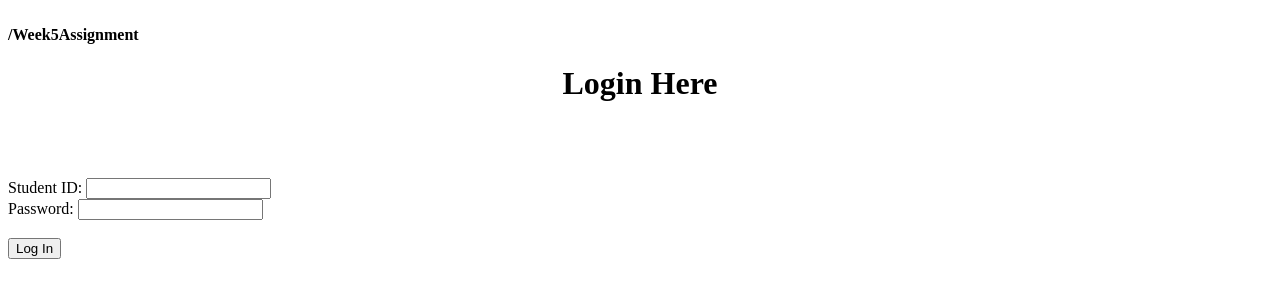
Repository: weshayutin/java258Online
Page: http://localhost/Week5Assignment/schedule.do
The author's editor kept a copy of each file at every save. The page is drawn from the files as they stood at one save, then again after the next save.
The browser window is 1280 px wide. The pictures show the whole page.
The page is served by Tomcat 9. Other server files are loaded and not shown.

Above is the page before, as saved 2011-02-09 05:57:00.

### workspace/Week5Assignment/WebContent/login.jsp
<%@ page import ="java.util.*" language="java" contentType="text/html; charset=UTF-8"
    pageEncoding="UTF-8"%>
<!DOCTYPE html PUBLIC "-//W3C//DTD HTML 4.01 Transitional//EN" "http://www.w3.org/TR/html4/loose.dtd">
<html>
<head>
<meta http-equiv="Content-Type" content="text/html; charset=UTF-8">
<title>Login Heree</title>
</head>
<body>
<%
	String message = (String)request.getAttribute("message");
    if(message == null){
    }
    else{
		out.println("<br><b>"+message+"</b><br>");
    }

    String myRefferingPage = (String)request.getAttribute("myRefferringPage");
    if(myRefferingPage == null){
    }
    else{
		out.println("<br><b>"+myRefferingPage+"</b><br>");
    }

%>

<h1 align="center"> Login Here</h1>
<br><br><br>
<form action="ValidateUser.do" method="POST">
	Student ID: <input type="text" name="name"/><br>
	Password: <input type="password" name="password"/><br/><br/>

	 <input type="SUBMIT" value="Log In"/>

</body>
</html>

### workspace/Week5Assignment/src/com/waketech/web/Schedule.java
package com.waketech.web;

import java.io.IOException;

import javax.servlet.RequestDispatcher;
import javax.servlet.ServletException;
import javax.servlet.http.Cookie;
import javax.servlet.http.HttpServlet;
import javax.servlet.http.HttpServletRequest;
import javax.servlet.http.HttpServletResponse;
import javax.servlet.http.HttpSession;

import com.waketech.schedule.College;
import com.waketech.schedule.FetchSchedule;
import com.waketech.schedule.VerifyCookies;

/**
 * Servlet implementation class Schedule
 */
public class Schedule extends HttpServlet {
	private static final long serialVersionUID = 1L;

    /**
     * @see HttpServlet#HttpServlet()
     */
    public Schedule() {
        super();
        // TODO Auto-generated constructor stub
    }

	/**
	 * @see HttpServlet#doGet(HttpServletRequest request, HttpServletResponse response)
	 */
	protected void doGet(HttpServletRequest request, HttpServletResponse response) throws ServletException, IOException {
		System.out.println("schedule.do");
		String name = "";
		String[][] result = null;

		HttpSession session = request.getSession();
		Cookie[] cookies = request.getCookies();
		VerifyCookies verify = new VerifyCookies();
		name = verify.verifyThisCookie(cookies,session);


		request.setAttribute("myRefferringPage", getServletConfig().getServletContext().getContextPath());

		if(name == ""){
			RequestDispatcher view =  request.getRequestDispatcher("login.jsp");
			view.forward(request,response);
		}
		else{
			FetchSchedule studentSchedule = new FetchSchedule();
			result = studentSchedule.getSchedule(name);
			College myCollege = (College)getServletContext().getAttribute("college");
			request.setAttribute("college", myCollege);
			String lastAddDate = getServletConfig().getInitParameter("lastAddDate");
			request.setAttribute("lastAddDate", lastAddDate);
			request.setAttribute("styles", result);
			RequestDispatcher view =    request.getRequestDispatcher("result.jsp");
			view.forward(request,response);
		}
	}

	/**
	 * @see HttpServlet#doPost(HttpServletRequest request, HttpServletResponse response)
	 */
	protected void doPost(HttpServletRequest request, HttpServletResponse response) throws ServletException, IOException {

	}

}

### workspace/Week5Assignment/src/com/waketech/schedule/VerifyCookies.java
package com.waketech.schedule;

import javax.servlet.http.Cookie;
import javax.servlet.http.HttpSession;

public class VerifyCookies {
	/**
	 * I dont think this extra step ** should ** be neccessary
	 * but I was getting cookies w/ called "myusername" that were NOT valid
	 * @param cookies
	 * @return
	 */
	public String verifyThisCookie(Cookie[] cookies,HttpSession session){
		String name = "";
		String sessionname = "";
		UserTable users = new UserTable();
		boolean verified = false;

		if(cookies == null) { return ""; }

		sessionname = (String)session.getAttribute("sessionname");


		for(int i=0;i<cookies.length;i++){
			Cookie cookie = cookies[i];
			if(cookie.getName().equals("cookiename")){
				name = cookie.getValue();
				System.out.println("cookiename ="+name);
				System.out.println("sessionname ="+sessionname);
			}

			if(users.isUser(name)){
				verified = true;
				break;
			}

		}

		if(verified) { return name; }
		else { return ""; }
	}

}

### workspace/Week5Assignment/src/com/waketech/schedule/UserTable.java
package com.waketech.schedule;


public class UserTable {

	   public boolean authenticateStudenID(String id, String password) {
	      boolean authenticated = false;
	      if (id.equals("123456") && (password.equals("123456"))) { authenticated = true; }
	      if (id.equals("234567") && (password.equals("abcdef"))) { authenticated = true; }
	      if (id.equals("345678") && (password.equals("ABCDEF"))) { authenticated = true; }

	      return authenticated;
	   }

	   public boolean isUser(String id) {
		      boolean user = false;
		      if (id.equals("123456"))  { user = true; }
		      if (id.equals("234567"))  { user = true; }
		      if (id.equals("345678"))  { user = true; }

		      return user;
		   }


}

After the next save:
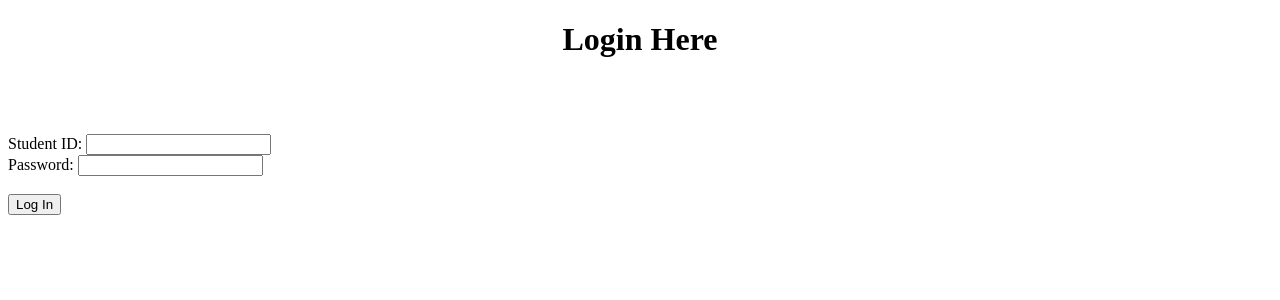
Saved 90 s later.
--- a/workspace/Week5Assignment/src/com/waketech/web/Schedule.java
+++ b/workspace/Week5Assignment/src/com/waketech/web/Schedule.java
@@ -42,7 +42,7 @@
 		name = verify.verifyThisCookie(cookies,session);
 
 
-		request.setAttribute("myRefferringPage", getServletConfig().getServletContext().getContextPath());
+		request.setAttribute("myRefferringPage", getServletConfig().getServletContext().getAttribute("url-pattern"));
 
 		if(name == ""){
 			RequestDispatcher view =  request.getRequestDispatcher("login.jsp");
